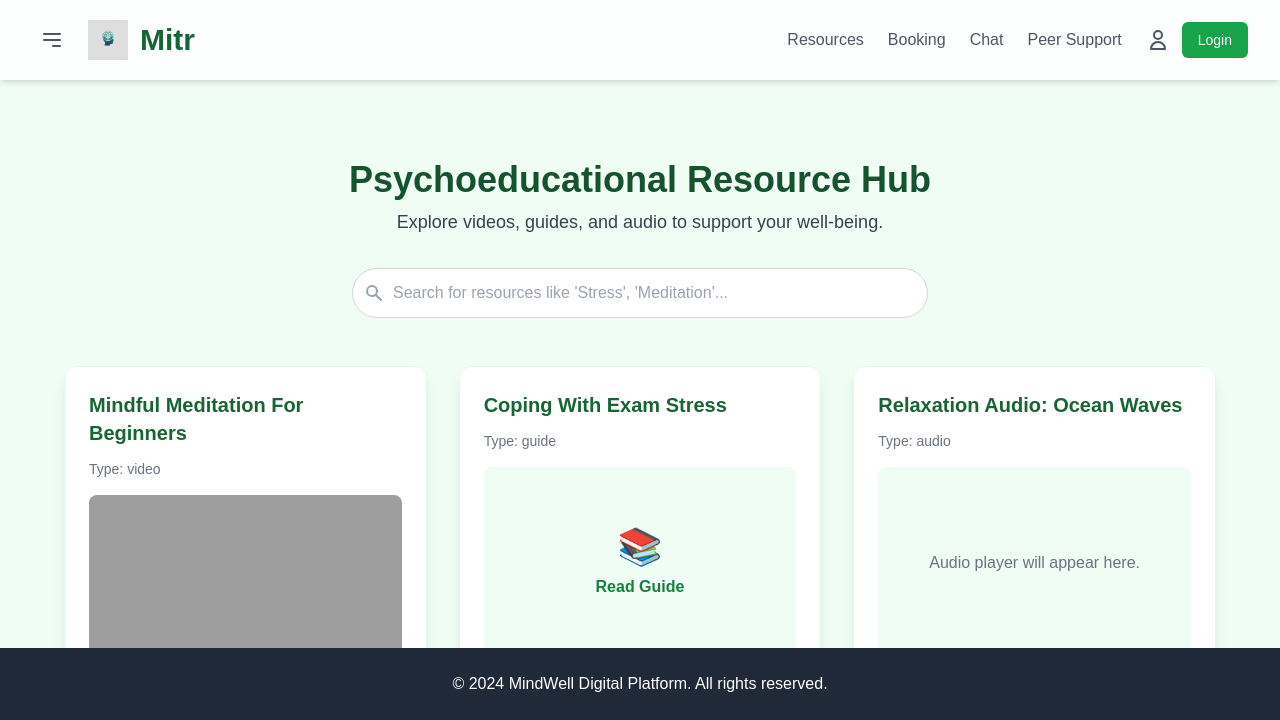
Repository: alokse24b01025/mentalhealth-project-sih-
Page: /resources (app in p1/)
An editor plug-in stored every save of this project. The page is shown before and after the next save, followed by the edit.
The browser window is 1280 px wide. The pictures show the whole page.
Pictures or frames that could not be fetched are drawn as grey boxes. An inner scrolling area shows only its first screen. The project was rebuilt for these pictures with package versions that can differ from the ones it lists, and the page was loaded fresh each time. Also part of the build but not shown: p1/vite.config.js, p1/src/pages/HomePage.jsx, p1/src/components/Chatbot.jsx, p1/src/pages/ChatPage.jsx, p1/src/data/mockCounselors.js, p1/src/pages/BookingPage.jsx, p1/src/components/PeerSupport.jsx, p1/src/pages/PeerSupportPage.jsx and 2 more.

Above is the page before, as saved 2025-09-10 13:33:28.

After the next save:
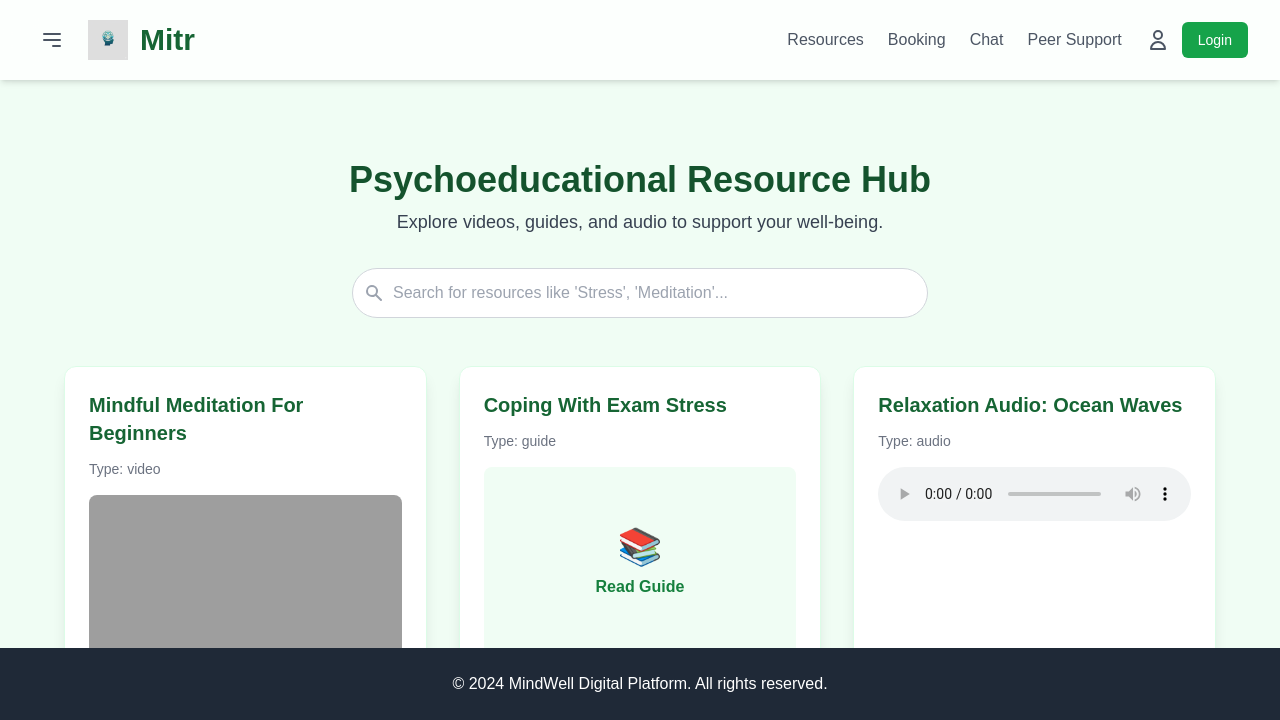
Saved 105 s later.
--- a/p1/src/pages/ResourcesPage.jsx
+++ b/p1/src/pages/ResourcesPage.jsx
@@ -3,14 +3,13 @@ import Header from '../components/Header';
 import Footer from '../components/Footer';
 import { mockResources } from '../data/mockResources';
 
-// This is the themed card for displaying a single resource with a working iframe.
+// This is the themed card for displaying a single resource.
 const ResourceCard = ({ resource }) => {
   const { title, type, url } = resource;
 
   const renderContent = () => {
     switch (type) {
       case 'video':
-        // This iframe is correctly configured to display and play YouTube videos.
         return (
           <iframe
             className="w-full h-48 rounded-lg"
@@ -31,11 +30,7 @@ const ResourceCard = ({ resource }) => {
           </div>
         );
       case 'audio':
-        return (
-          <div className="flex items-center justify-center h-48 bg-green-50 rounded-lg">
-             <p className="text-gray-500">Audio player will appear here.</p>
-          </div>
-        );
+         return <audio controls src={url} className="w-full"></audio>;
       default:
         return null;
     }
@@ -63,7 +58,7 @@ const ResourcesPage = () => {
     return mockResources.filter(resource =>
       resource.title.toLowerCase().includes(searchTerm.toLowerCase())
     );
-  }, [searchTerm]);
+  }, [searchTerm, mockResources]);
 
   return (
     <div className="h-screen flex flex-col bg-green-50">
